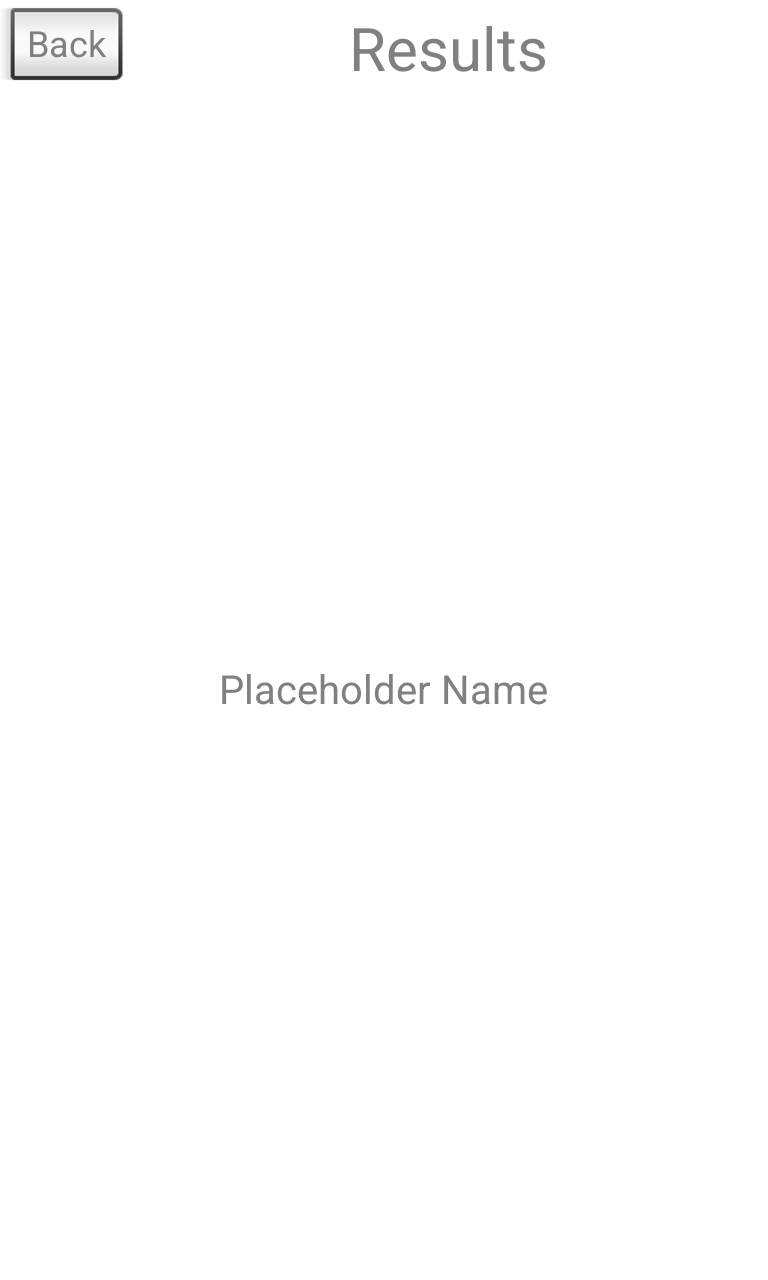
Repository: scottcaruso/Java_I_1307_Week4
Layout: myGov/res/layout/politician_display.xml
An editor plug-in stored every save of this project. The layout is shown before and after the next save, followed by the edit.
It is drawn on a 768 x 1280 px phone screen (xhdpi) without system bars, with theme AppTheme; the app's code is not run.

Above is the layout before, as saved 2013-08-01 20:49:04.

### myGov/res/layout/politician_display.xml
<?xml version="1.0" encoding="utf-8"?>
<LinearLayout xmlns:android="http://schemas.android.com/apk/res/android"
    android:layout_width="match_parent"
    android:layout_height="match_parent"
    android:orientation="vertical" >


    <LinearLayout
        android:layout_width="match_parent"
        android:layout_height="wrap_content"
        android:orientation="horizontal">
	    <Button
	        android:id="@+id/back"
	        style="@android:style/Widget.Holo.Button.Inset"
	        android:layout_width="wrap_content"
	        android:layout_height="wrap_content"
	        android:hint="@string/back" />

	    <TextView
	        android:id="@+id/foundpoliticians"
	        android:layout_width="match_parent"
	        android:layout_height="wrap_content"
	        android:layout_gravity="center"
	        android:gravity="center"
	        android:hint="@string/results"
	        android:textSize="30sp" />

    </LinearLayout>

    <ViewFlipper
        android:id="@+id/viewFlipper1"
        android:layout_width="match_parent"
        android:layout_height="match_parent" >

        <TextView
            android:id="@+id/politicianName"
            android:layout_width="wrap_content"
            android:layout_height="wrap_content"
            android:layout_gravity="center"
            android:gravity="center"
            android:hint="@string/politician_name"
            android:textSize="20sp" />

    </ViewFlipper>

final TextView polLabel = UIElementCreator.createLabel(currentMainContext, "Politician Name: ");
				final TextView polPartyLabel = UIElementCreator.createLabel(currentMainContext, "Party Affiliaition: ");
				final TextView polStateLabel = UIElementCreator.createLabel(currentMainContext, "From State: ");
				final TextView polTermLabel = UIElementCreator.createLabel(currentMainContext, "Term Started: ");
				final TextView polTwitterLabel = UIElementCreator.createLabel(currentMainContext, "Twitter Handle: ");
				final TextView polWebsiteLabel = UIElementCreator.createLabel(currentMainContext, "Website Address: ");

				final TextView polName = UIElementCreator.createLabel(currentMainContext,thisPol.getString("Name"));
				final TextView polParty = UIElementCreator.createLabel(currentMainContext, thisPol.getString("Party"));
				final TextView polState = UIElementCreator.createLabel(currentMainContext, thisPol.getString("State"));
				final TextView polTerm = UIElementCreator.createLabel(currentMainContext, thisPol.getString("Term Start"));
				final TextView polTwitter = UIElementCreator.createLabel(currentMainContext, thisPol.getString("Twitter"));
				final TextView polWebsite = UIElementCreator.createLabel(currentMainContext, thisPol.getString("Website"));

</LinearLayout>

### myGov/res/values/strings.xml
<?xml version="1.0" encoding="utf-8"?>
<resources>

    <string name="app_name">myGov</string>
    <string name="action_settings">Settings</string>
    <string name="hello_world">Hello world!</string>
    <string name="enter_zip">Enter Zip</string>
    <string name="search_now">Search Now</string>
    <string name="view_saved_politicians">View Saved Politicians</string>
    <string name="back">Back</string>
    <string name="results">Results</string>
    <string name="politician_name">Placeholder Name</string>

</resources>

Loaded but not shown: myGov/res/values/styles.xml (common file); myGov/res/values-v11/styles.xml (common file); myGov/res/values-v14/styles.xml (common file)

After the next save:
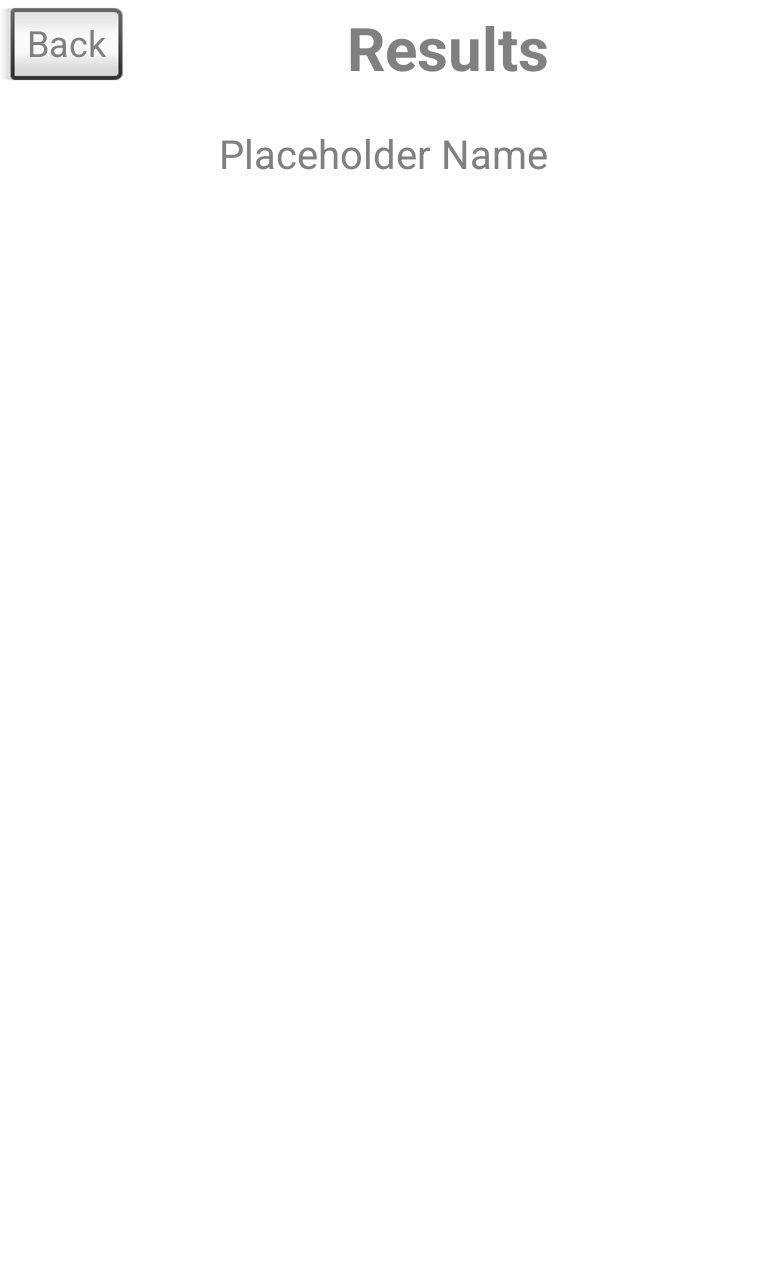
Saved 61 s later.
--- a/myGov/res/layout/politician_display.xml
+++ b/myGov/res/layout/politician_display.xml
@@ -23,6 +23,7 @@
 	        android:layout_gravity="center"
 	        android:gravity="center"
 	        android:hint="@string/results"
+	        android:textStyle="bold"
 	        android:textSize="30sp" />
 
     </LinearLayout>
@@ -36,7 +37,8 @@
             android:id="@+id/politicianName"
             android:layout_width="wrap_content"
             android:layout_height="wrap_content"
-            android:layout_gravity="center"
+            android:layout_gravity="center_horizontal"
+            android:layout_marginTop="15dp"
             android:gravity="center"
             android:hint="@string/politician_name"
             android:textSize="20sp" />
